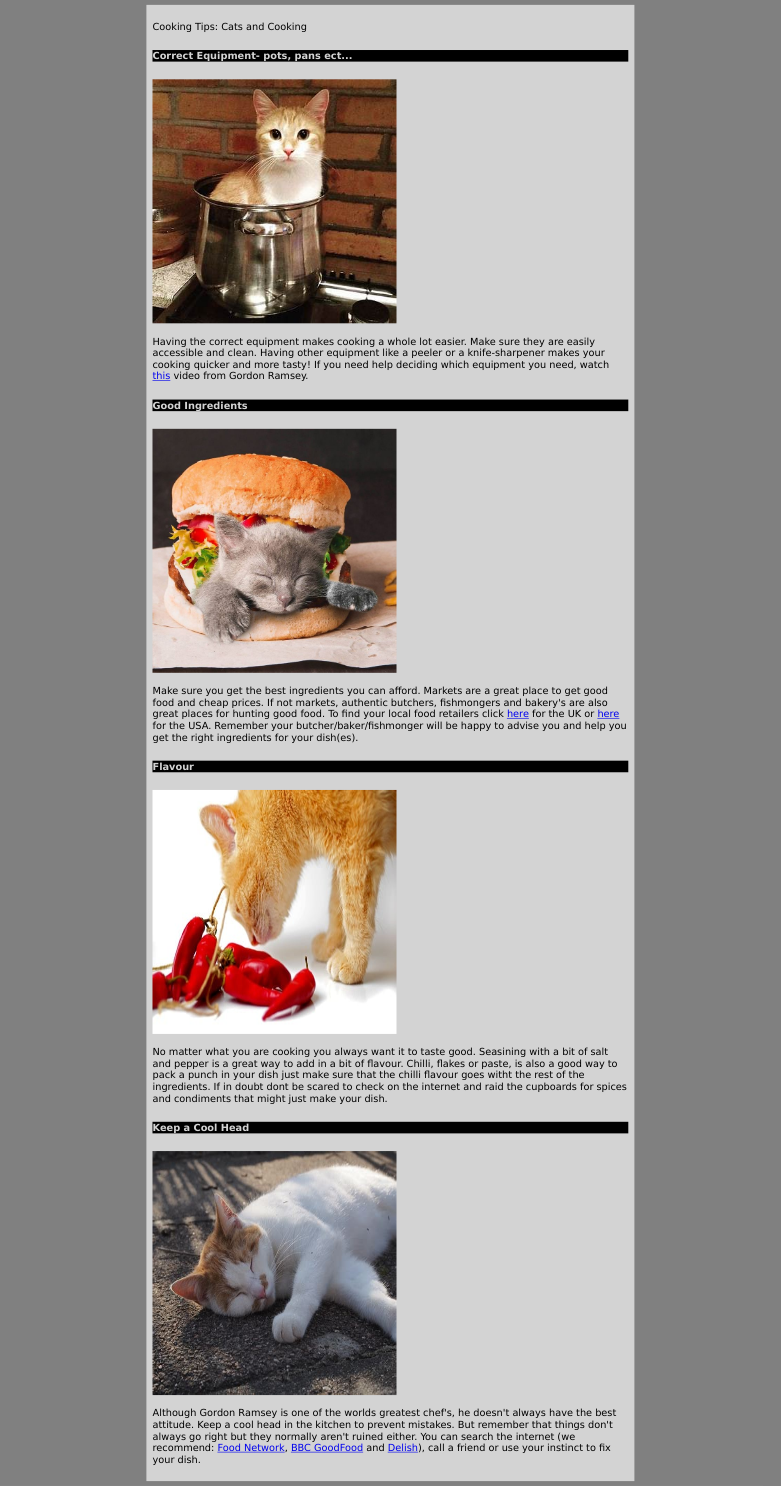
Repository: evamaltby/catsandcooking
Page: index.html
The author's editor kept a record of every edit. The page is drawn from the files as they stood at one moment, then again after the next edit.
The browser window is 1280 px wide. The pictures show the whole page, at 61% of full size.

Above is the page before.
Not found: css/normalize.css

### index.html
<!DOCTYPE html>
<html lang="en">
<head>
    <meta charset="utf-B">
    <meta name="keywords" content="cooking tips, begginers cooking, kitchen tips, cats and cooking, cooking tips and tricks, cats">
    <meta name="description" content="Cooking tips to become a better cook. Tips to make your life in the kitchen a whole lot easier">

    <title>Cooking Tips: Cats and Cooking</title>


    <link rel="stylesheet" href="css/normalize.css">
    <link rel="stylesheet" href="css/style.css">

            <!--style

            body {
            background:lightgray;
            color: black;
            }


        <#/style> -->
    </head>

    <body>

    <div style="width:800px; margin:0 auto;">
        <div id="container"






            <h1><p style="font-family:verdana"> Cooking Tips: Cats and Cooking </h1>
            <h2>        </h2>
            <h2><p style="font-family:verdana">Correct Equipment- pots, pans ect...</h2>
            <img src="Images/catpan.jpg" width="400" height="400" alt="A cat in a pan">
            <p><p style="font-family:verdana"> Having the correct equipment makes cooking a whole lot
            easier. Make sure they are easily accessible and clean.
            Having other equipment like a peeler or a knife-sharpener
            makes your cooking quicker and more tasty! If you need help deciding which
            equipment you need, watch <a href="https://www.youtube.com/watch?v=-av6cz9upO0" target="_blank">this</a> video from Gordon Ramsey.</p>

            <h2><p style="font-family:verdana">Good Ingredients</h2>
            <img src="Images/burgercat.jpg" width="400" height="400" alt="A cat with food">
            <p> <p style="font-family:verdana">Make sure you get the best ingredients you can afford.
            Markets are a great place to get good food and cheap prices.
            If not markets, authentic butchers, fishmongers and bakery's
            are also great places for hunting good food. To find your local food retailers click <a href="https://www.goodsixty.co.uk/" target="_blank">here</a> for the UK or <a href="https://www.eatwellguide.org/" target="_blank">here</a> for the USA. Remember your


            butcher/baker/fishmonger will be happy to advise you and help
            you get the right ingredients for your dish(es). </p>

            <h2><p style="font-family:verdana">Flavour</h2>
            <img src="Images/spicycat.jpg" width="400" height="400" alt="A cat sniffing chilli">
            <p><p style="font-family:verdana"> No matter what you are cooking you always
            want it to taste good. Seasining with a bit of salt
            and pepper is a great way to add in a bit of flavour.
            Chilli, flakes or paste, is also a good way to pack a
            punch in your dish just make sure that the chilli
            flavour goes witht the rest of the ingredients.
            If in doubt dont be scared to check on the internet
            and raid the cupboards for spices and condiments that
            might just make your dish. </p>

            <h2><p style="font-family:verdana">Keep a Cool Head</h2>
            <img src="Images/relaxcat.jpg" width="400" height="400" alt="Cat feeling relaxed">
            <p><p style="font-family:verdana"> Although Gordon Ramsey
            </a> is one of the worlds greatest
            chef's, he doesn't always have the best attitude. Keep a cool
            head in the kitchen to prevent mistakes. But remember
            that things don't always go right but they normally aren't
            ruined either. You can search the internet (we recommend: <a href="http://www.foodnetwork.co.uk/?utm_source=foodnetwork.com&utm_medium=domestic" target="_blank">Food Network</a>, <a href="https://www.bbcgoodfood.com/recipes" target="_blank">BBC GoodFood</a> and <a href="https://www.delish.com/" target="_blank">Delish</a>), call a friend or
            use your instinct to fix your dish.</p>

            </div>

        </body>
</html>

### css/style.css
body {
    background-position: center;
    background-attachment: fixed;
    -webkit-background-size:cover;
    -moz-background-size: cover;
    -o-background-size:cover;
    background-size:cover;
    background: grey;
}

#container {
    background: lightgrey;
    padding:10px;
}

    h1 {
        font-size:80px;
        font-family:verdana;

    }

    h2 {
        font-size:35px;
        color: lightgrey;
        font-family:verdana;
        background: black;
    }

    p {
        font-size:16px;
        font-family:verdana;
    }

After the next edit:
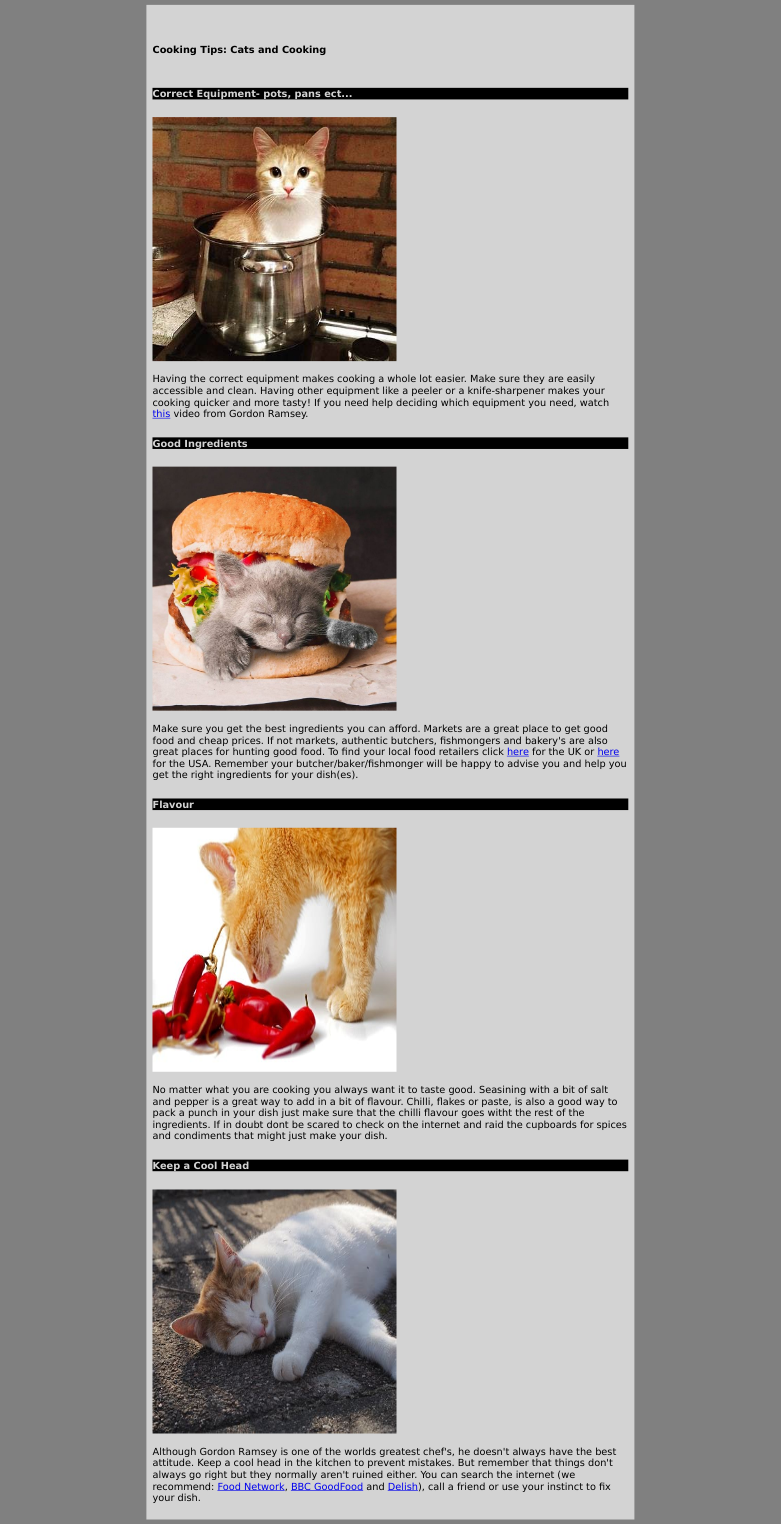
The edit:
--- a/index.html
+++ b/index.html
@@ -25,7 +25,7 @@
     <body>
 
     <div style="width:800px; margin:0 auto;">
-        <div id="container"
+        <div id="container">
 
 
 
